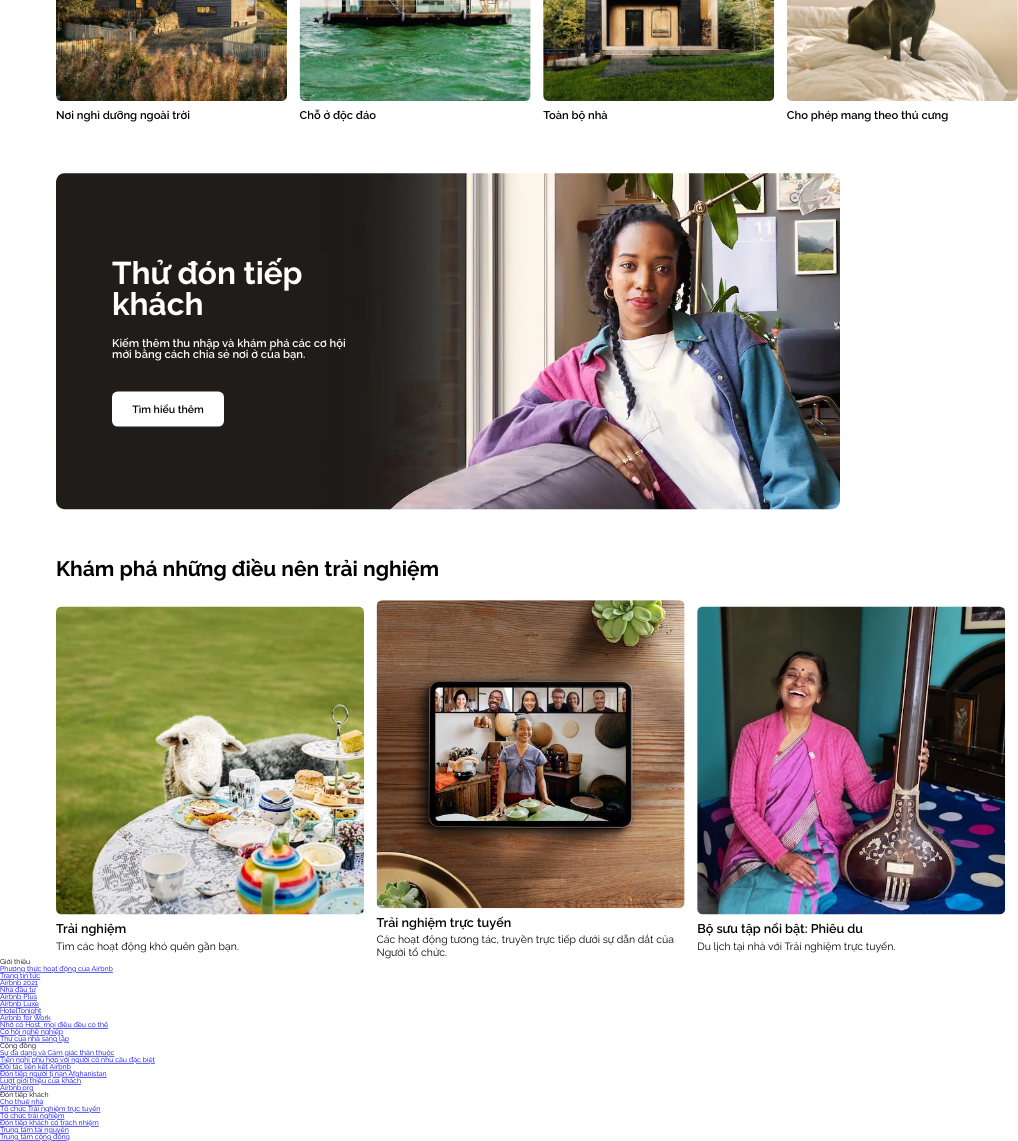
Repository: vanntrong/airbnb-clone
Page: index.html
The author's editor kept a copy of each file at every save. The page is drawn from the files as they stood at one save, then again after the next save.
The browser window is 1280 px wide. The page is 1454 px wide, so the pictures cover 1454 px, including what lies to the right of the window. The pictures show the part of the page from y = 968 to 2648 px (the page is 2598 px tall before and 2648 px after), at 70% of full size.

Above is the page before, as saved 2021-09-23 16:44:45.

After the next save:
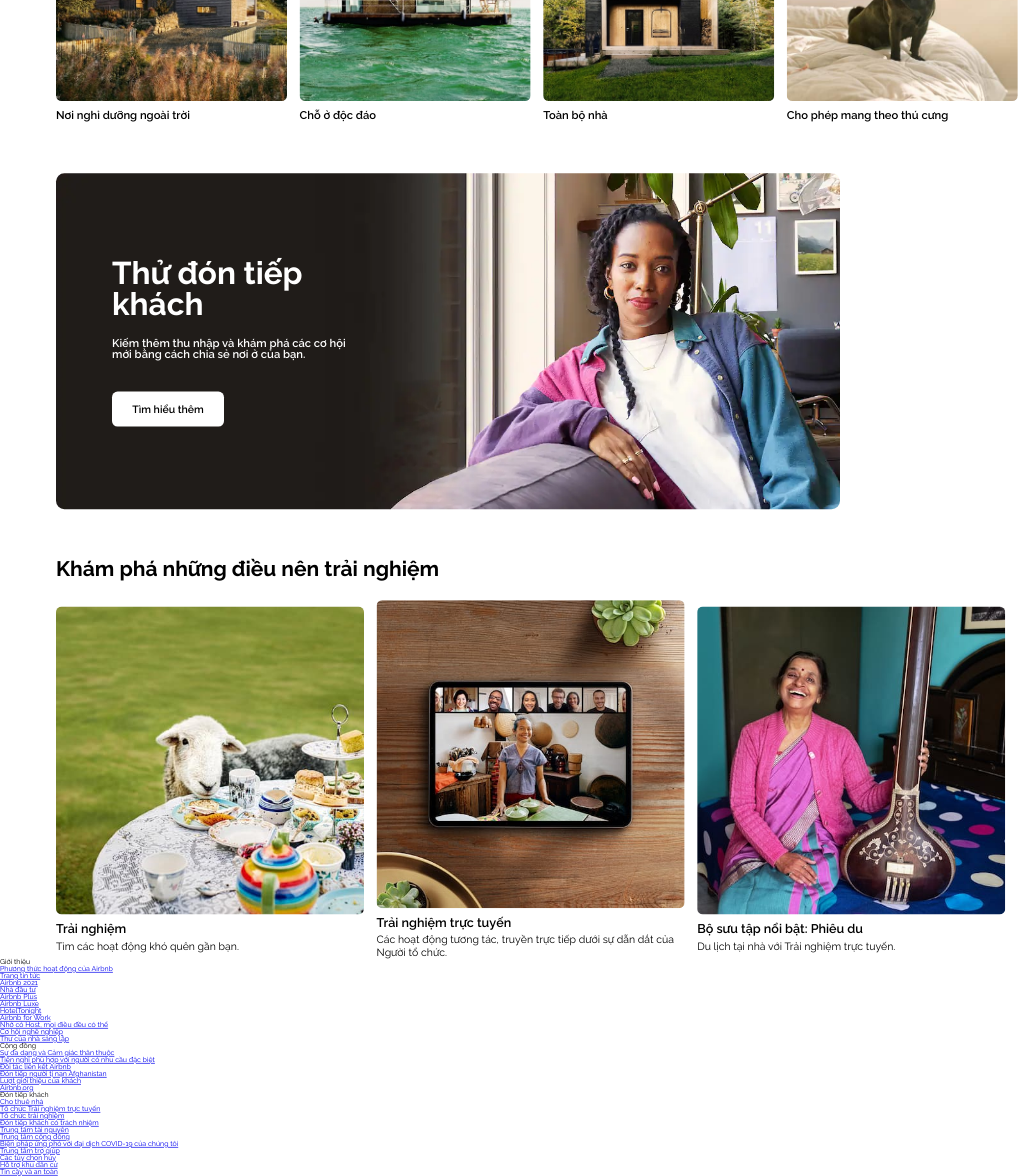
Saved 92 s later.
--- a/index.html
+++ b/index.html
@@ -209,6 +209,23 @@
             <a href="#" class="footer__item-link"> Trung tâm cộng đồng </a>
           </li>
         </ul>
+        <ul class="footer__top-list">
+          <li class="footer__top-item">
+            <a href="#" class="footer__item-link">Biện pháp ứng phó với đại dịch COVID-19 của chúng tôi</a>
+          </li>
+          <li class="footer__top-item">
+            <a href="#" class="footer__item-link">Trung tâm trợ giúp</a>
+          </li>
+          <li class="footer__top-item">
+            <a href="#" class="footer__item-link">Các tùy chọn hủy</a>
+          </li>
+          <li class="footer__top-item">
+            <a href="#" class="footer__item-link">Hỗ trợ khu dân cư</a>
+          </li>
+          <li class="footer__top-item">
+            <a href="#" class="footer__item-link">Tin cậy và an toàn</a>
+          </li>
+        </ul>
       </div>
     </footer>
   </body>
